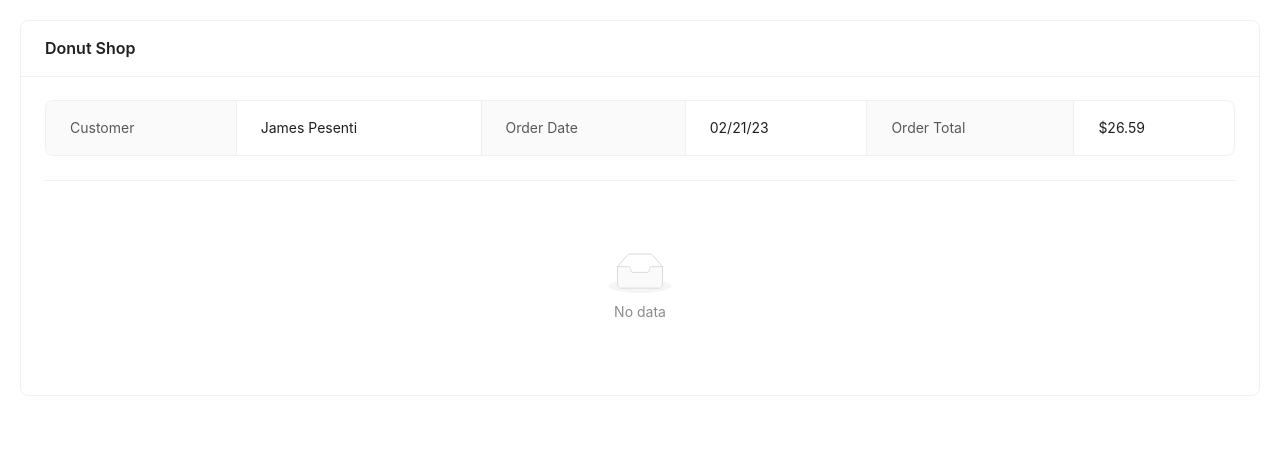
Repository: JamesPesenti/DonutShopDashboard
Page: /settings
The author's editor kept a copy of each file at every save. The page is drawn from the files as they stood at one save, then again after the next save.
The browser window is 1280 px wide. The pictures show the whole page.
The project was rebuilt for these pictures with package versions that can differ from the ones it lists, and the page was loaded fresh each time.

Above is the page before, as saved 2023-03-22 13:39:14.

### src/App.js
import { Card, Descriptions, Divider, List, Button } from "antd"
import donuts from "../src/data/donuts"

function App() {
  return (
    <>
      <Card style={{ margin: 20 }} title={"Donut Shop"}>
        <Descriptions bordered column={{lg: 1, md: 1, sm: 1}}>
          <Descriptions.Item label="Customer">
            James Pesenti
          </Descriptions.Item>
          <Descriptions.Item label="Order Date">
            02/21/23
          </Descriptions.Item>
          <Descriptions.Item label="Order Total">
            $26.59
          </Descriptions.Item>
        </Descriptions>
        <Divider />
        <List />
      </Card>
    </>
  );
}

export default App;

### src/data/donuts.js
export default [
    {
        flavor: "Lemon Ricotta",
        image: "https://t3.ftcdn.net/jpg/04/90/71/94/240_F_490719448_y4LhTnor5VL2gk9DYhwIw3ZRcZQ1beeD.jpg",
        price: 3.20,
        avgRating: 4.8,
        calories: 190,
        descriptiion: "Made with fresh ricotta and lemon zest",
    },
    {
        flavor: "Famous Glazed",
        image: "https://t3.ftcdn.net/jpg/00/70/16/96/240_F_70169698_gr2Xm6hqPIFLC2kAsjOVRATbBLVDZLn5.jpg",
        price: 2.55,
        avgRating: 4.7,
        calories: 242,
        descriptiion: "Our famous, made fresh everyday glazed",
    },
    {
        flavor: "Strawberry",
        image: "https://t3.ftcdn.net/jpg/00/20/33/94/240_F_20339434_0DNEcWb7vTsrpw1g2tSHmrFc3Fh5G9C6.jpg",
        price: 3.10,
        avgRating: 4.6,
        calories: 189,
        descriptiion: "Made with organic strawberries from florida",
    },
    {
        flavor: "Chocolate",
        image: "https://t3.ftcdn.net/jpg/02/54/64/44/240_F_254644452_0dCYufJiJP5Aw3LxX8x0hzlicqYsb5HR.jpg",
        price: 3.20,
        avgRating: 4.7,
        calories: 297,
        descriptiion: "Tastes like a slice of chocolate cake!",
    },
]

Loaded but not shown: public/index.html (common file); src/index.js (common file); src/index.css (common file)

After the next save:
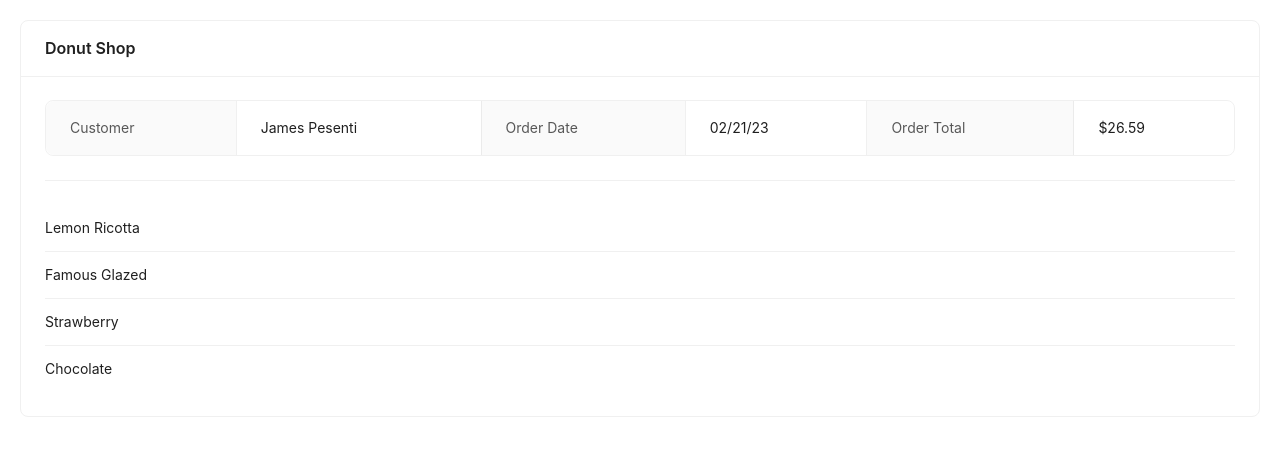
Saved 2 min 48 s later.
--- a/src/App.js
+++ b/src/App.js
@@ -17,7 +17,14 @@ function App() {
           </Descriptions.Item>
         </Descriptions>
         <Divider />
-        <List />
+        <List
+          dataSource={donuts}
+          renderItem={(donutItem) => (
+            <List.Item>
+              <div>{donutItem.flavor}</div>
+            </List.Item>
+          )}
+        />
       </Card>
     </>
   );
